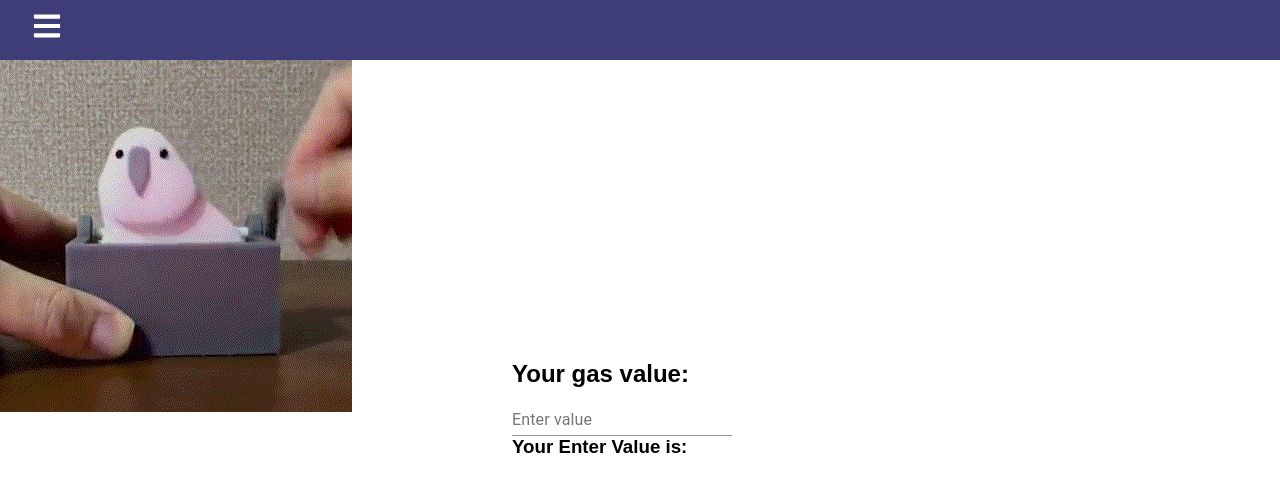
Repository: dcutalo/GasPal
Page: / (app in client/)
An editor plug-in stored every save of this project. The page is shown before and after the next save, followed by the edit.
The browser window is 1280 px wide. The pictures show the whole page.
Some web fonts or font styles are not loaded; a fallback is used. The project was rebuilt for these pictures with package versions that can differ from the ones it lists, and the page was loaded fresh each time. Also part of the build but not shown: client/src/pages/triphistory.js, client/src/pages/gasefficiencyreports.js, client/src/pages/userprofile.js.

Above is the page before, as saved 2021-10-05 21:54:39.

After the next save:
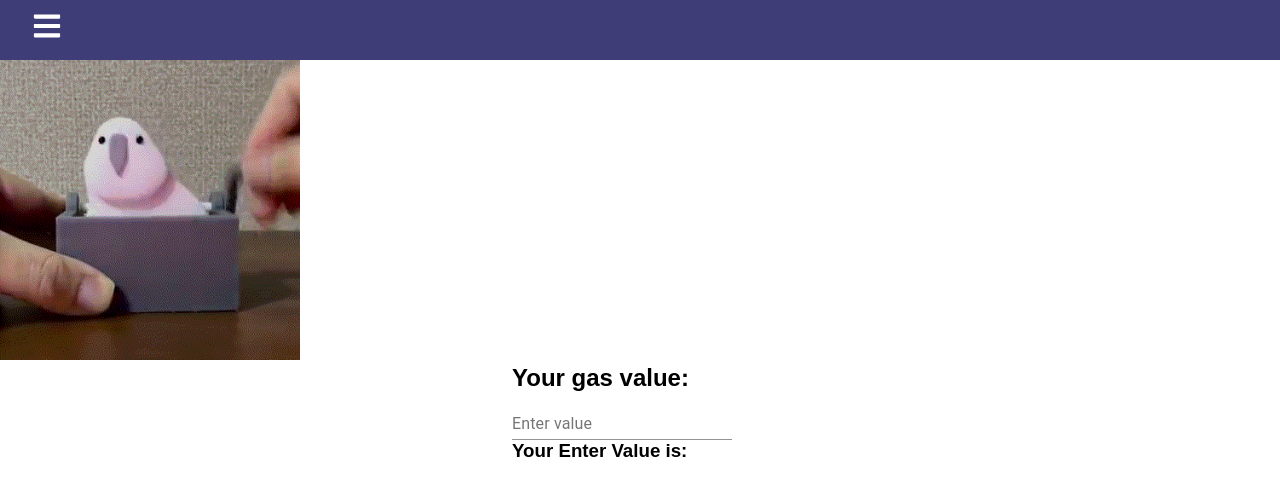
Saved 2 s later.
--- a/client/src/pages/home.js
+++ b/client/src/pages/home.js
@@ -1,30 +1,31 @@
 
 import React, { useState } from "react";
 import TextField from "@material-ui/core/TextField";
-import gif from '../1f8f36ae39d05387.gif'
-
+import gif from '../1f8f36ae39d05387.gif';
+import '../App.css'
 
 const Home = () => {
   const [name, setName] = useState("");
 
   return (
-    <><div className="gif">
-          <img src={gif} alt="loading..." />
-      </div><div
+    <div>
+    <img src={gif} alt="loading..." className="gif"/>
+
+    <div
           style={{
               marginLeft: "40%",
           }}
       >
-              <h2>Your gas value:</h2>
-              <TextField
-                  value={name}
-                  label="Enter value"
-                  onChange={(e) => {
-                      setName(e.target.value);
-                  } } />
-              <h3>Your Enter Value is: {name} </h3>
-          </div></>
-
+          <h2>Your gas value:</h2>
+          <TextField
+              value={name}
+              label="Enter value"
+              onChange={(e) => {
+                  setName(e.target.value);
+              } } />
+          <h3>Your Enter Value is: {name} </h3>
+      </div>
+    </div>
   );
 };
 
